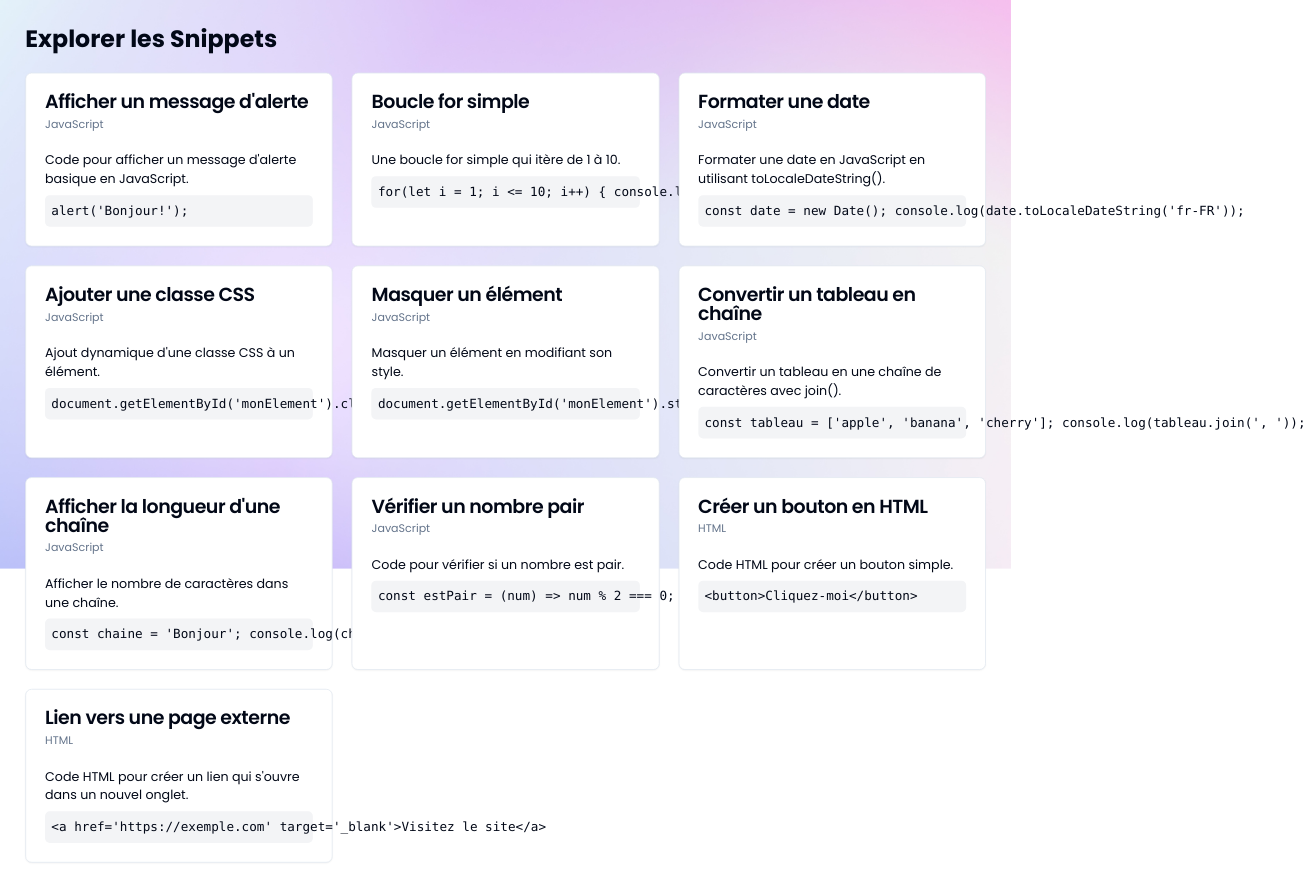
Repository: khadyba/Mediacy
Page: /snippets
An editor plug-in stored every save of this project. The page is shown before and after the next save, followed by the edit.
The browser window is 1280 px wide. The page is 1653 px wide, then 1645 px, so the pictures cover 1653 px, including what lies to the right of the window. The pictures show the whole page, at 79% of full size.
The project was rebuilt for these pictures with package versions that can differ from the ones it lists, and the page was loaded fresh each time. The framework's server and built-in components were replaced by stand-ins that run in the browser. Also part of the build but not shown: next.config.mjs.

Above is the page before, as saved 2024-09-22 22:15:28.

After the next save:
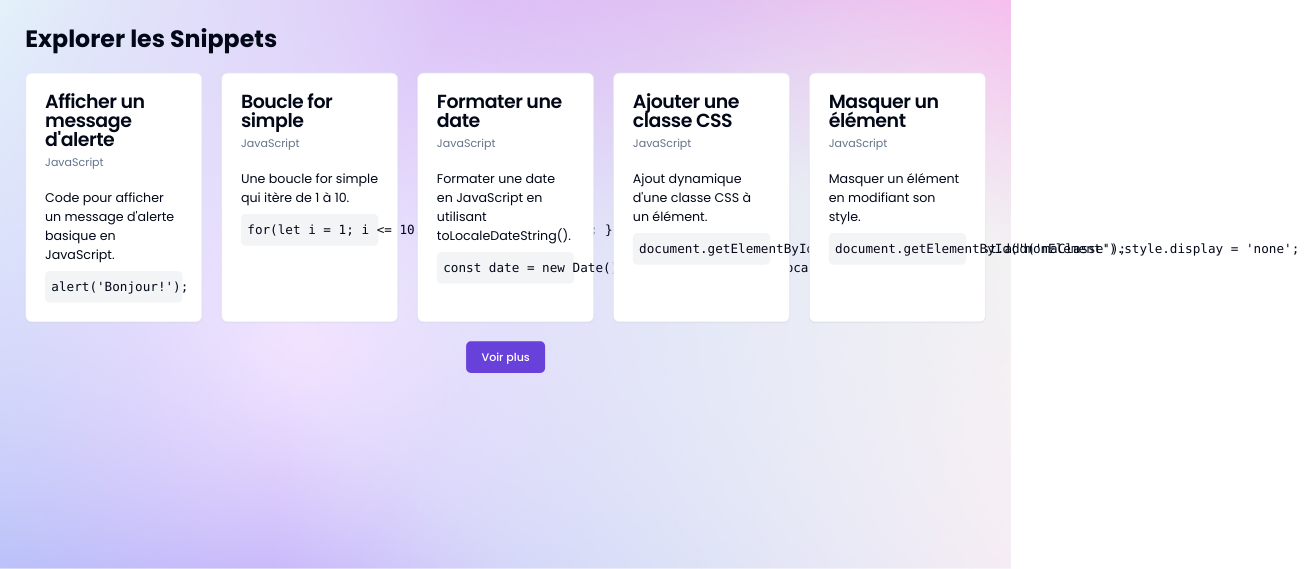
Saved 12 min 27 s later.
--- a/app/_components/CardSnippet.tsx
+++ b/app/_components/CardSnippet.tsx
@@ -1,8 +1,7 @@
 "use client";
 import { useState, useEffect } from "react";
 import { Button } from "@/components/ui/button";
-import { Input } from "@/components/ui/input";
-import { Card, CardContent,  CardDescription, CardHeader, CardTitle } from "@/components/ui/card";
+import { Card, CardContent, CardDescription, CardHeader, CardTitle } from "@/components/ui/card";
 
 // Définir un type pour les snippets
 type Snippet = {
@@ -16,6 +15,7 @@ type Snippet = {
 export default function SnippetList() {
   // Déclarer l'état en spécifiant le type `Snippet[]`
   const [snippets, setSnippets] = useState<Snippet[]>([]);
+  const [visibleCount, setVisibleCount] = useState(5); // État pour le nombre de snippets visibles
 
   useEffect(() => {
     fetch("/data/snippets.json")
@@ -23,20 +23,35 @@ export default function SnippetList() {
       .then((data) => setSnippets(data));
   }, []);
 
+  // Fonction pour charger plus de snippets
+  const loadMoreSnippets = () => {
+    setVisibleCount((prevCount) => prevCount + 5);
+  };
+
   return (
-    <div className="grid grid-cols-1 md:grid-cols-2 lg:grid-cols-3 gap-6">
-      {snippets.map((snippet) => (
-        <Card key={snippet.id}>
-          <CardHeader>
-            <CardTitle>{snippet.titre}</CardTitle>
-            <CardDescription>{snippet.categorie}</CardDescription>
-          </CardHeader>
-          <CardContent>
-            <p>{snippet.description}</p>
-            <pre className="bg-gray-100 p-2 mt-2 rounded-md">{snippet.code}</pre>
-          </CardContent>
-        </Card>
-      ))}
+    <div className="flex flex-col items-center">
+      {/* Grille des cartes */}
+      <div className="grid grid-cols-1 sm:grid-cols-2 md:grid-cols-3 lg:grid-cols-5 gap-6 max-w-screen-xl">
+        {snippets.slice(0, visibleCount).map((snippet) => (
+          <Card key={snippet.id} className="w-full max-w-xs">
+            <CardHeader>
+              <CardTitle>{snippet.titre}</CardTitle>
+              <CardDescription>{snippet.categorie}</CardDescription>
+            </CardHeader>
+            <CardContent>
+              <p>{snippet.description}</p>
+              <pre className="bg-gray-100 p-2 mt-2 rounded-md">{snippet.code}</pre>
+            </CardContent>
+          </Card>
+        ))}
+      </div>
+
+      {/* Bouton "Voir plus" */}
+      {visibleCount < snippets.length && (
+        <Button variant="secondary" className="mt-6" onClick={loadMoreSnippets}>
+          Voir plus
+        </Button>
+      )}
     </div>
   );
 }
